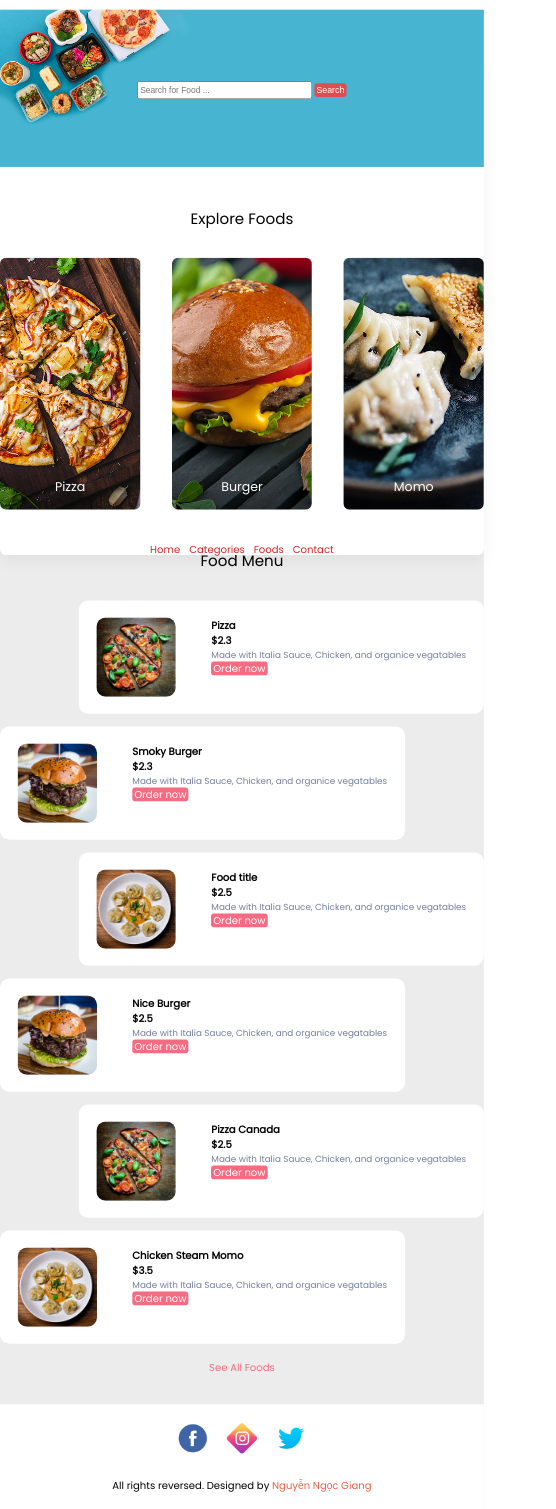
Repository: ruaruababa/WowFood
Page: index.html
These files come from the project's save history. The page is drawn as it stood at one moment and after the next save; the edit follows.
The browser window is 768 px wide. The page is 768 px wide, then 883 px, so the pictures cover 883 px, including what lies to the right of the window. The pictures show the whole page, at 63% of full size.

Above is the page before, as saved 2021-09-18 15:45:24.

### index.html
<!DOCTYPE html>
<html lang="en">

<head>
    <meta charset="UTF-8" />
    <meta http-equiv="X-UA-Compatible" content="IE=edge" />
    <meta name="viewport" content="width=device-width, initial-scale=1.0" />
    <title>Document</title>
    <link rel="stylesheet" href="./style.css" />
    <link rel="stylesheet" href="./reset.css" />
    <link rel="preconnect" href="https://fonts.googleapis.com" />
    <link rel="preconnect" href="https://fonts.gstatic.com" crossorigin />
    <link href="https://fonts.googleapis.com/css2?family=Poppins:wght@400&display=swap" rel="stylesheet" />
</head>

<body>
    <header>
        <div class="container-header">
            <div class="header-left">
                <img src="./img/logo.png" alt="" />
            </div>
            <div class="header-right">
                <ul class="nav">
                    <li class="item"><a href="">Home</a></li>
                    <li class="item"><a href="">Categories</a></li>
                    <li class="item"><a href="">Foods</a></li>
                    <li class="item"><a href="">Contact</a></li>
                </ul>
            </div>
        </div>
    </header>
    <nav>
        <div class="container-nav">
            <div class="background-search">
                <img src="./img/bg.jpg" alt="bgr-search" />
            </div>
            <div class="form">
                <input type="text" placeholder="Search for Food ..." class="input-search" />
                <!-- <button class="btn-search">Search</button> -->
                <input type="button" value="Search" class="btn-search" />
            </div>
        </div>
    </nav>
    <section>
        <div class="container-section">
            <div class="explore-food">Explore Foods</div>
            <div class="collection-food">
                <ul class="list-food">
                    <li class="item"><img src="./img/pizza.jpg" alt="" /><span>Pizza</span></li>
                    <li class="item"><img src="./img/burger.jpg" alt="" /><span>Burger</span></li>
                    <li class="item"><img src="./img/momo.jpg" alt="" /><span>Momo</span></li>
                </ul>
            </div>
        </div>
    </section>
    <article>
        <div class="container-article">
            <div class="title-food-menu">Food Menu</div>
            <div class="container-menu">
                <div class="container-item">
                    <img src="./img/menu-pizza.jpg" alt="" class="bgr-item" />
                    <div class="item-content">
                        <h6 class="title-item">Pizza</h6>
                        <span class="price-item">$2.3</span>
                        <p class="des-item">
                            Made with Italia Sauce, Chicken, and organice vegatables
                        </p>
                        <a href="" class="oder-item">Order now</a>
                    </div>
                </div>
                <div class="container-item">
                    <img src="./img/menu-burger.jpg" alt="" class="bgr-item" />
                    <div class="item-content">
                        <h6 class="title-item">Smoky Burger</h6>
                        <span class="price-item">$2.3</span>
                        <p class="des-item">
                            Made with Italia Sauce, Chicken, and organice vegatables
                        </p>
                        <a href="" class="oder-item">Order now</a>
                    </div>
                </div>
                <div class="container-item">
                    <img src="./img/menu-momo.jpg" alt="" class="bgr-item" />
                    <div class="item-content">
                        <h6 class="title-item">Food title</h6>
                        <span class="price-item">$2.5</span>
                        <p class="des-item">
                            Made with Italia Sauce, Chicken, and organice vegatables
                        </p>
                        <a href="" class="oder-item">Order now</a>
                    </div>
                </div>
                <div class="container-item">
                    <img src="./img/menu-burger.jpg" alt="" class="bgr-item" />
                    <div class="item-content">
                        <h6 class="title-item">Nice Burger</h6>
                        <span class="price-item">$2.5</span>
                        <p class="des-item">
                            Made with Italia Sauce, Chicken, and organice vegatables
                        </p>
                        <a href="" class="oder-item">Order now</a>
                    </div>
                </div>
                <div class="container-item">
                    <img src="./img/menu-pizza.jpg" alt="" class="bgr-item" />
                    <div class="item-content">
                        <h6 class="title-item">Pizza Canada</h6>
                        <span class="price-item">$2.5</span>
                        <p class="des-item">
                            Made with Italia Sauce, Chicken, and organice vegatables
                        </p>
                        <a href="" class="oder-item">Order now</a>
                    </div>
                </div>
                <div class="container-item">
                    <img src="./img/menu-momo.jpg" alt="" class="bgr-item" />
                    <div class="item-content">
                        <h6 class="title-item">Chicken Steam Momo</h6>
                        <span class="price-item">$3.5</span>
                        <p class="des-item">
                            Made with Italia Sauce, Chicken, and organice vegatables
                        </p>
                        <a href="" class="oder-item">Order now</a>
                    </div>
                </div>
            </div>
            <div class="footer-food-menu">
                <a href="#" class="see-all-foods">See All Foods</a>
            </div>
        </div>
    </article>
    <footer>
        <div class="container-footer">
            <div class="social-network-icon">
                <div class="icon-fb">
                    <a href="https://www.facebook.com/WowFoodPage"><img src="./img/facebook_icon-icons.com_59205.png"
                            alt="" /></a>
                </div>
                <div class="icon-insta">
                    <a href="https://www.instagram.com/wowfoodrus/"><img src="./img/intsa-icon.png" alt="" /></a>
                </div>
                <div class="icon-twitter">
                    <a href="https://twitter.com/WOWFoodPics"><img src="./img/twitter_socialnetwork_20007.png"
                            alt="" /></a>
                </div>
            </div>
            <div class="license">
                <p>
                    All rights reversed. Designed by <a href="">Nguyễn Ngọc Giang</a>
                </p>
            </div>
        </div>
    </footer>
</body>

</html>

### style.css
body{
    overflow-x: scroll ;
}

header{
    /* width: max-content; */
}
.container-header {
    display: flex;
    justify-content: center;
    align-items: center;
    margin-top: 15px;
    gap: 700px;
}

.header-left {
    display: flex;
}

.header-left img {}

.name-brand {
    margin-top: 50%;
}

.header-right {
    font-family: "Poppins", sans-serif;
}

.nav {
    list-style: none;
}

.nav li {
    display: inline;
    padding-left: 10px;
    transition: .2s all;
    padding: 5px;
}

.nav li a {
    text-decoration: none;
    color: rgb(211, 38, 38);
}

.nav:hover .item {
    filter: blur(3px);
    opacity: .5;
    transform: scale(.98);
    box-shadow: none;
}

.nav:hover .item:hover {
    transform: scale(1);
    filter: blur(0px);
    opacity: 1;
    box-shadow: 0 8px 20px 0px rgba(0, 0, 0, 0.125);
    border-radius: 5px;
}


nav {
    position: relative;
    max-width: 100%;
    max-height: 100%;
    height: 250px;
}

.container-nav {
    text-align: center;
    margin-top: 15px;
}

.background-search {
    height: 250px;
}

.background-search img {
    height: inherit;
    width: 100%;
    object-fit: cover;
}

.form {
    width: 100%;
    position: absolute;
    top: 50%;
    left: 50%;
    transform: translate(-50%, -50%);
    height: 22px;
}

.input-search {
    width: 35%;
    height: inherit;
}

.btn-search {
    background-color: rgba(250, 59, 59, 0.849);
    border: none;
    border-radius: 5px;
    font-size: 14px;
    color: white;
    cursor: pointer;
    padding: 3px;
}

section {
    position: relative;
}

.explore-food {
    padding-top: 70px;
    text-align: center;
    font-size: 24px;
    font-family: "Poppins", sans-serif;
}

.list-food {
    margin-top: 50px;
    display: flex;
    justify-content: center;
    column-gap: 50px;
}

.list-food li {
    width: 330px;
    height: 400px;
    transition: .2s all;
}

.list-food li:hover {
    transform: scale(1.1);
}

.list-food li img {
    width: 100%;
    height: 100%;
    object-fit: cover;
    border-radius: 10px;
}

.list-food li span {
    font-family: "Poppins", sans-serif;
    display: block;
    font-size: 20px;
    text-align: center;
    color: #ffffff;
    margin-top: -50px;
}

article {
    background-color: #ececec;
}

.title-food-menu {
    padding-top: 70px;
    font-size: 24px;
    text-align: center;
    font-family: "Poppins", sans-serif;
}

.container-menu {
    padding-top: 50px;
    display: grid;
    grid-gap: 20px;
    grid-template-columns: repeat(auto-fit, minmax(550px, 1fr));
    grid-auto-rows: 180px;
    justify-items: center;
    font-family: "Poppins", sans-serif;
}

.container-item:nth-child(odd) {
    justify-self: end;
}

.container-item:nth-child(even) {
    justify-self: start;
}

.container-item {
    background-color: #ffffff;
    display: flex;
    align-items: center;
    border-radius: 15px;
}

.container-item img {
    width: 25%;
    height: 70%;
    object-fit: cover;
    border-radius: 15px;
    margin: 0 28px;
}

.container-item .item-content {
    width: 100%;
    height: 70%;
    object-fit: cover;
    border-radius: 15px;
    margin: 0 28px;
}

.item-content {
    display: inline-block;
}

.title-item {
    font-size: 16px;
    font-weight: bold;
    line-height: 25px;
}

.price-item {
    line-height: 25px;
    font-weight: bold;
}

.des-item {
    font-size: 14px;
    line-height: 20px;
    color: #747d9c;
}

.oder-item {
    text-decoration: none;
    background-color: #f56b81;
    color: white;
    border-radius: 5px;
    padding: 3px;
    display: inline-block;

}

.footer-food-menu {
    margin-top: 30px;
}

.see-all-foods {
    display: block;
    text-align: center;
    text-decoration: none;
    color: #f56b81;
    padding-bottom: 50px;
    font-family: "Poppins", sans-serif;
    transition: .2s all;
}

.see-all-foods:hover{
    text-decoration: underline;
    transform: scale(1.1);
}

.social-network-icon {
    display: flex;
    justify-content: center;
    margin-top: 30px;
}

.icon-insta {
    margin: 0 30px;
}

.license {
    margin-top: 40px;
    margin-bottom: 30px;
    font-family: "Poppins", sans-serif;
}

.license p {
    text-align: center;
}

.license p a {
    text-decoration: none;
    color: #e7614a;
}

@media screen and (max-width: 811px) {
    .container-header{
        position: fixed;
        top: 5rem;
        flex-direction: column;
        background-color: #fff;
        width: 100%;
        border-radius: 10px;
        text-align: center;
        transition: 0.3s;
        box-shadow:
            0 10px 27px rgba(0, 0, 0, 0.05);
    }
}

Loaded but not shown: reset.css (common file)

After the next save:
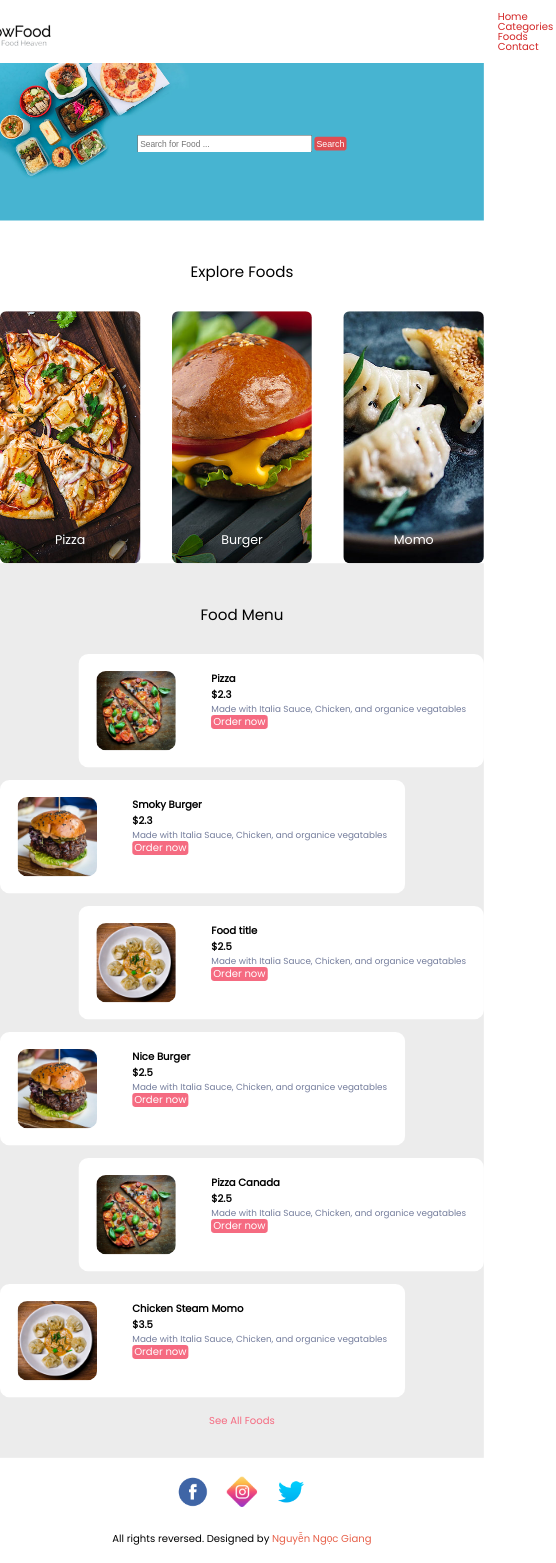
Saved 5 s later.
--- a/style.css
+++ b/style.css
@@ -278,15 +278,5 @@ article {
 
 @media screen and (max-width: 811px) {
     .container-header{
-        position: fixed;
-        top: 5rem;
-        flex-direction: column;
-        background-color: #fff;
-        width: 100%;
-        border-radius: 10px;
-        text-align: center;
-        transition: 0.3s;
-        box-shadow:
-            0 10px 27px rgba(0, 0, 0, 0.05);
     }
 }
